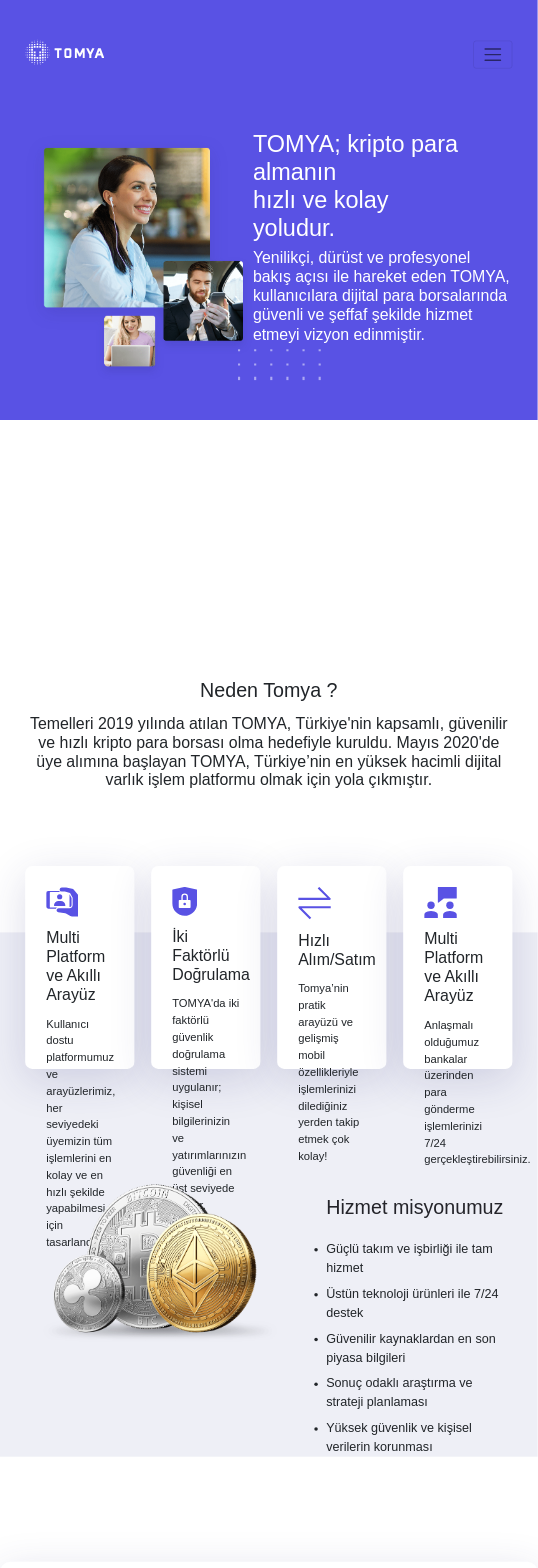
Repository: ezgibayrakli/TomyaProje
Page: index copy.html
The author's editor kept a copy of each file at every save. The page is drawn from the files as they stood at one save, then again after the next save.
The browser window is 768 px wide. The pictures show the part of the page from y = 0 to 2240 px (the page is 5366 px tall), at 70% of full size.
Some web fonts or font styles are not loaded; a fallback is used.

Above is the page before, as saved 2023-07-06 14:32:35.
Console error: SyntaxError: Unexpected token '{'

After the next save:
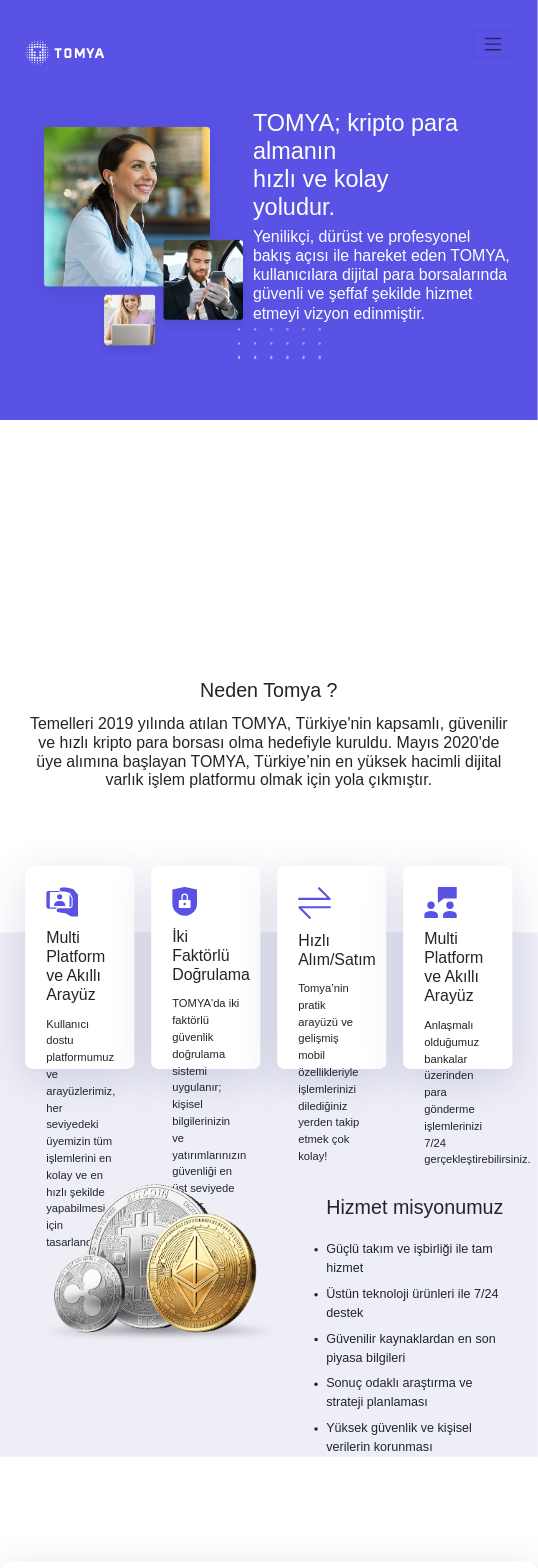
Saved 12 s later.
--- a/style.css
+++ b/style.css
@@ -283,7 +283,7 @@
 /* Media Screan */
 @media screen and (max-width:990px ){
     .header-logo img{
-       margin-bottom: 55px;
+       margin-bottom: 25px;
      }
 }
 @media screen and (max-width:1245px ){
